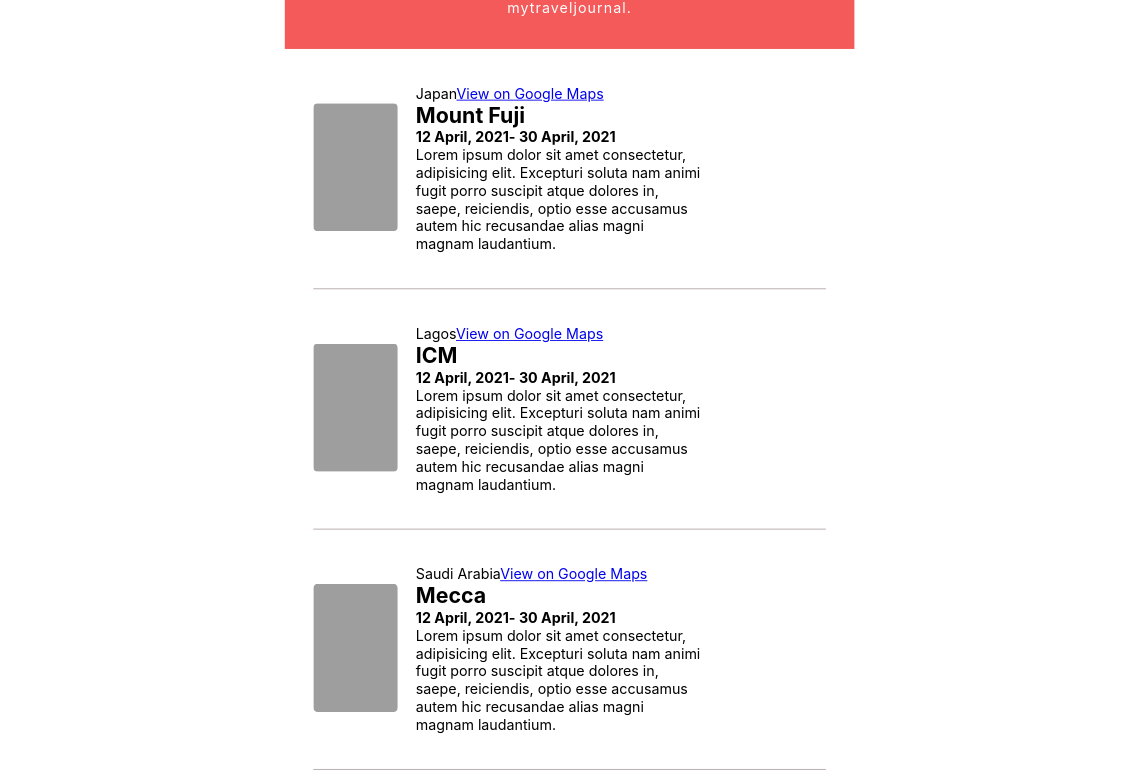
Repository: BuduCE/travel-journal
Page: /
An editor plug-in stored every save of this project. The page is shown before and after the next save, followed by the edit.
The browser window is 1280 px wide. The pictures show the whole page, at 89% of full size.
Pictures or frames that could not be fetched are drawn as grey boxes. The project was rebuilt for these pictures with package versions that can differ from the ones it lists, and the page was loaded fresh each time.

Above is the page before, as saved 2022-08-25 13:35:40.

### src/index.css
*{
  box-sizing: border-box;
  margin: 0;
  padding: 0;
}
body {
  margin: 0;
  font-family: -apple-system, BlinkMacSystemFont, 'Segoe UI', 'Roboto', 'Oxygen',
    'Ubuntu', 'Cantarell', 'Fira Sans', 'Droid Sans', 'Helvetica Neue',
    sans-serif;
  -webkit-font-smoothing: antialiased;
  -moz-osx-font-smoothing: grayscale;
}

code {
  font-family: source-code-pro, Menlo, Monaco, Consolas, 'Courier New',
    monospace;
}

### src/App.js
import './App.css';
import Home from './components/Home';
import Tour from './components/Tour';
import data from './data'

function App() {
  // Mapping through the data file
  const places = data.map(place => {
    return <Tour
              key = {place.id}
              {...place}
            />
  })

  return (
    <div className="App">
      <Home />
      {/* <Tour /> */}
      {places}
    </div>
  );
}

export default App;

### src/components/Home/index.jsx
import Tour from '../Tour'
import data from '../../data'
import './styles.css'

const Home = () => {


  return (
    <div className='Home'>
      <p>mytraveljournal.</p>
    </div>
  )
}

export default Home

### src/components/Tour/index.jsx
import './styles.css'
import camp from './camp.jpg'

const Tour = (props) => {
  return (
    <div className='Tour'>
      {/* Section 1 */}
      <div className="tour-img">
        {/* <img src={camp} alt="" /> */}
        <img src={props.image} alt="" />
      </div>

      {/* Section 2 */}
      <div className="tour-info">
        <div className="tour-loc">
          <img src="" alt="" />
          <span>{props.location}</span>
          <a href={props.googleMapsUrl}>View on Google Maps</a>
        </div>
        <h2>{props.title}</h2>
        <div className="tour-data">
          <p><b>{props.startDate}</b></p>
          <p><b>- {props.endDate}</b></p>
        </div>

        <p className='tour-desc'>
          Lorem ipsum dolor sit amet consectetur, adipisicing elit. Excepturi soluta nam animi fugit porro suscipit atque dolores in, saepe, reiciendis, optio esse accusamus autem hic recusandae alias magni magnam laudantium.
        </p>
      </div>

    </div>
  )
}

export default Tour

### src/data.js
export default [
    {
        id: 1,
        title: "Mount Fuji",
        location: "Japan",
        googleMapsUrl: "https://googlemaps",
        startDate: "12 April, 2021",
        endDate: "30 April, 2021",
        image: "https://images.unsplash.com/photo-1657214059212-104dac959c56?ixlib=rb-1.2.1&ixid=MnwxMjA3fDF8MHxzZWFyY2h8MXx8dHJhdmVsfGVufDB8fDB8fA%3D%3D&auto=format&fit=crop&w=500&q=60",
    },
    {
        id: 2,
        title: "ICM",
        location: "Lagos",
        googleMapsUrl: "https://googlemaps",
        startDate: "12 April, 2021",
        endDate: "30 April, 2021",
        image:"https://images.unsplash.com/photo-1527631746610-bca00a040d60?ixlib=rb-1.2.1&ixid=MnwxMjA3fDB8MHxzZWFyY2h8MTJ8fHRyYXZlbHxlbnwwfHwwfHw%3D&auto=format&fit=crop&w=500&q=60",
    },
    {
        id: 3,
        title: "Mecca",
        location: "Saudi Arabia",
        googleMapsUrl: "https://googlemaps",
        startDate: "12 April, 2021",
        endDate: "30 April, 2021",
        image:"https://images.unsplash.com/photo-1528543606781-2f6e6857f318?ixlib=rb-1.2.1&ixid=MnwxMjA3fDB8MHxzZWFyY2h8MTh8fHRyYXZlbHxlbnwwfHwwfHw%3D&auto=format&fit=crop&w=500&q=60",
    },
]

### src/components/Home/styles.css
.Home{
    width: 50%;
    margin: auto;
    background: #F55A5A;
    height: 55px;
    text-align: center;
    font-size: 1rem;
    line-height: 18px;
    letter-spacing: 0.075em;
    color: #fff;
}
.Home > p{
    m
}

### src/components/Tour/styles.css
.Tour{
    width: 45%;
    margin: auto;
    display: grid;
    grid-template-columns: 1fr 4fr;
    padding: 40px 0;
    align-items: center;
    border-bottom: 1px solid #b3a7a7;
}
.tour-img{
    margin-right: 20px;
}
.tour-img > img{
    width: 100%;
    height: 20vh;
    border-radius: 5px;
}
.tour-data{
    display: flex;
}
.tour-desc{
    width: 70%;
}

Loaded but not shown: public/index.html (common file); src/index.js (common file); src/reportWebVitals.js (common file); src/App.css (common file)

After the next save:
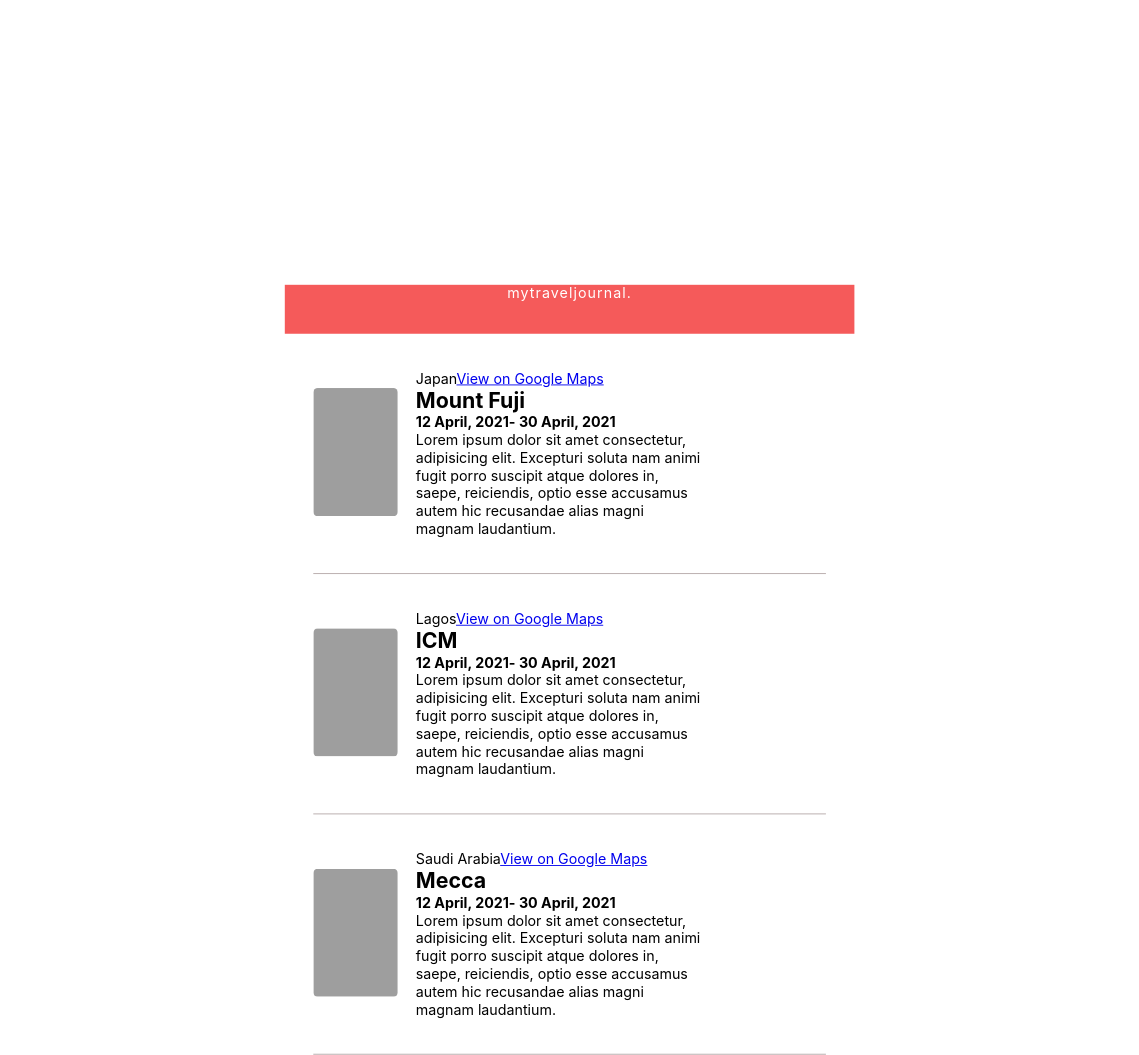
Saved 4 s later.
--- a/src/components/Home/styles.css
+++ b/src/components/Home/styles.css
@@ -10,5 +10,5 @@
     color: #fff;
 }
 .Home > p{
-    m
+    margin-top: 50%;
 }

After the save that followed:
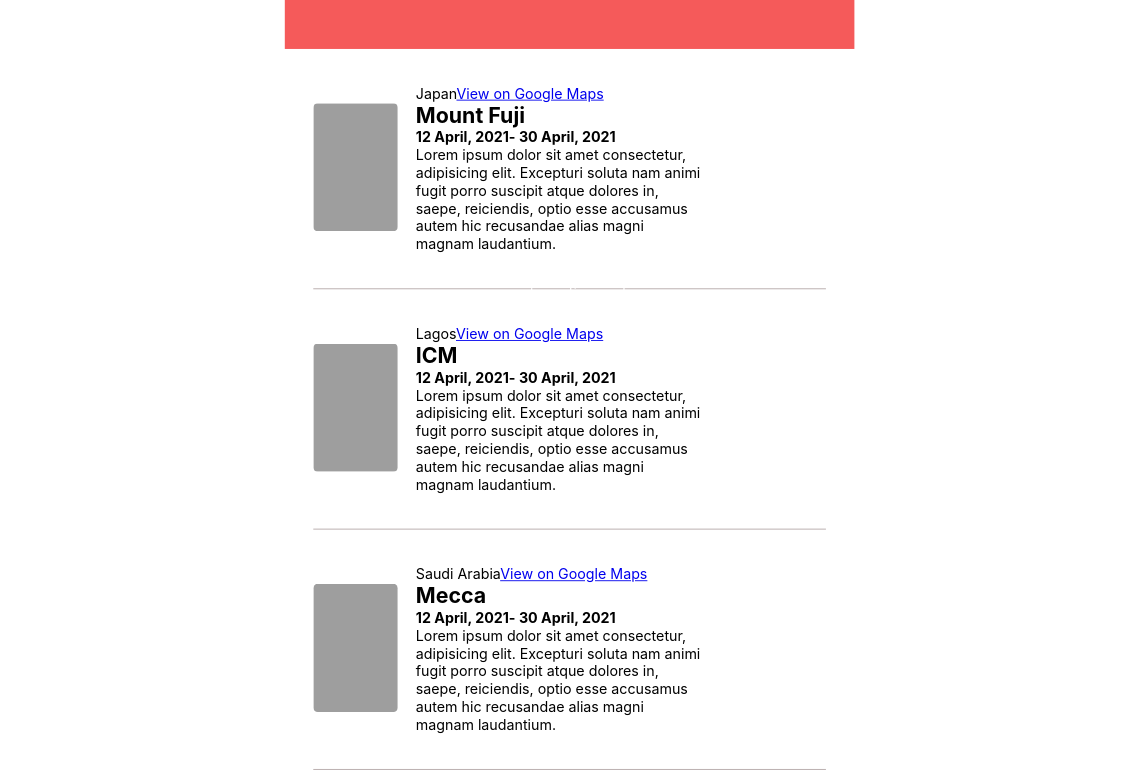
Saved 12 s later.
--- a/src/components/Home/styles.css
+++ b/src/components/Home/styles.css
@@ -10,5 +10,5 @@
     color: #fff;
 }
 .Home > p{
-    margin-top: 50%;
+    padding-top: 50%;
 }
